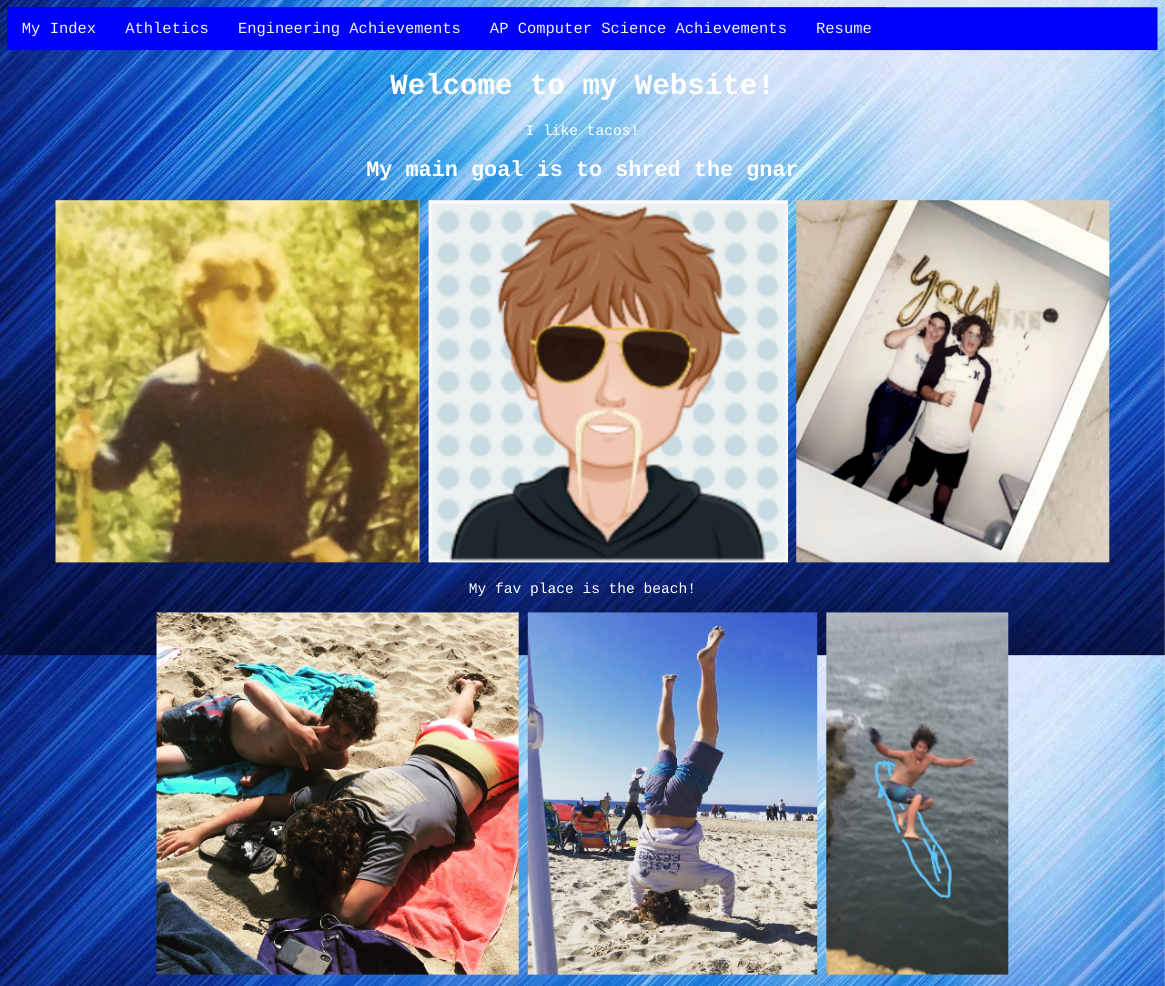
Repository: jacobsirois/jacobsirois.github.io
Page: index.html
The author's editor kept a record of every edit. The page is drawn from the files as they stood at one moment, then again after the next edit.
The browser window is 1280 px wide. The pictures show the whole page, at 91% of full size.
Backgrounds fixed to the window are drawn as part of the page.

Above is the page before.
Not found: index.css

After the next edit:
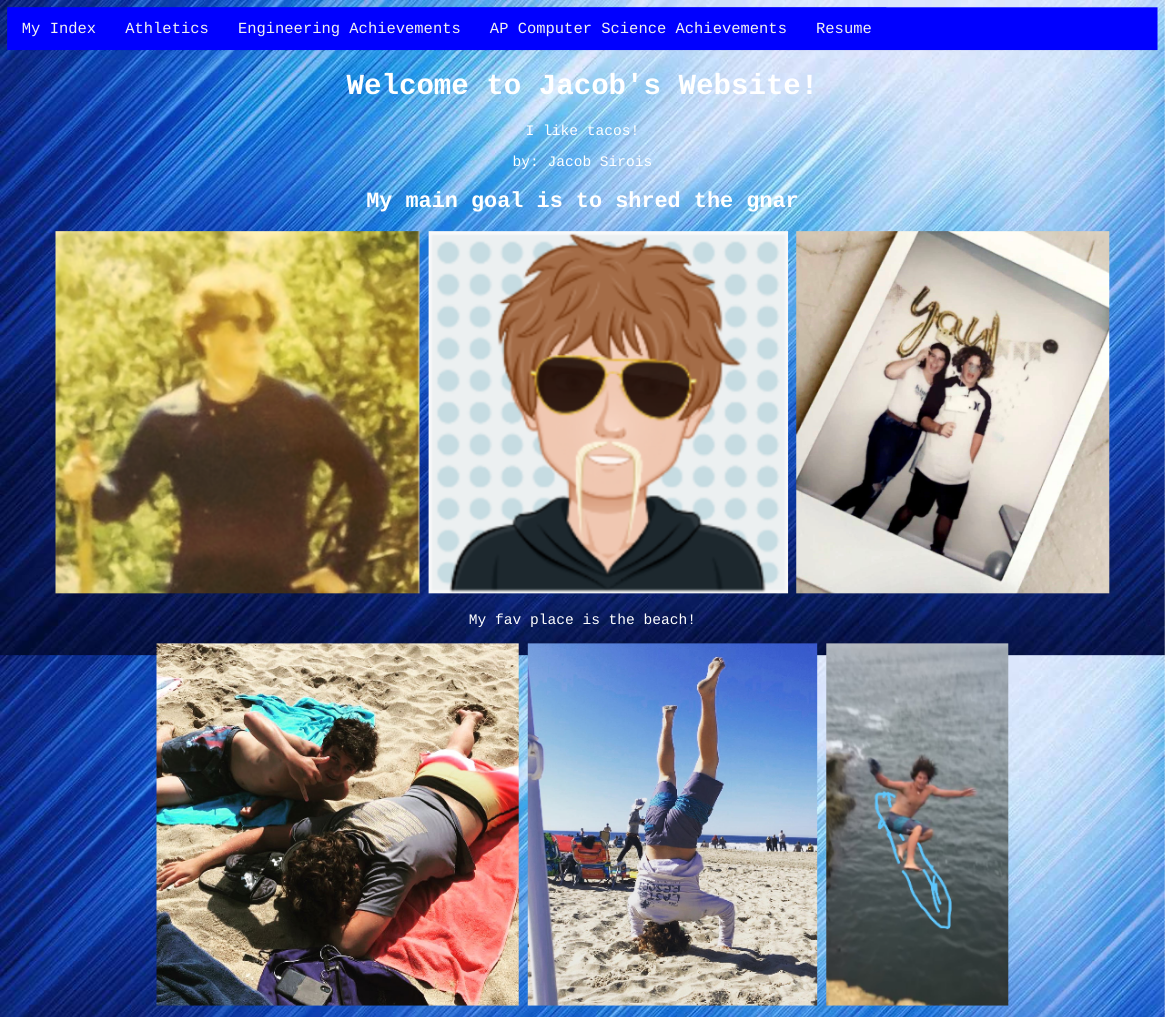
The edit:
--- a/index.html
+++ b/index.html
@@ -100,8 +100,9 @@
   </a>
 </div>
 
-<h1 style="text-align:center;color:White;">Welcome to my Website!</h1>
+<h1 style="text-align:center;color:White;">Welcome to Jacob's Website!</h1>
 <p style="text-align:center;color:White;">I like tacos!</p>
+<p style="text-align:center;color:White;">by: Jacob Sirois</p>
 <h2 style="text-align:center;color:White;">My main goal is to shred the gnar</h2>
 <center>
 <img src="images/me pic.PNG" alt="Italian Trulli">
